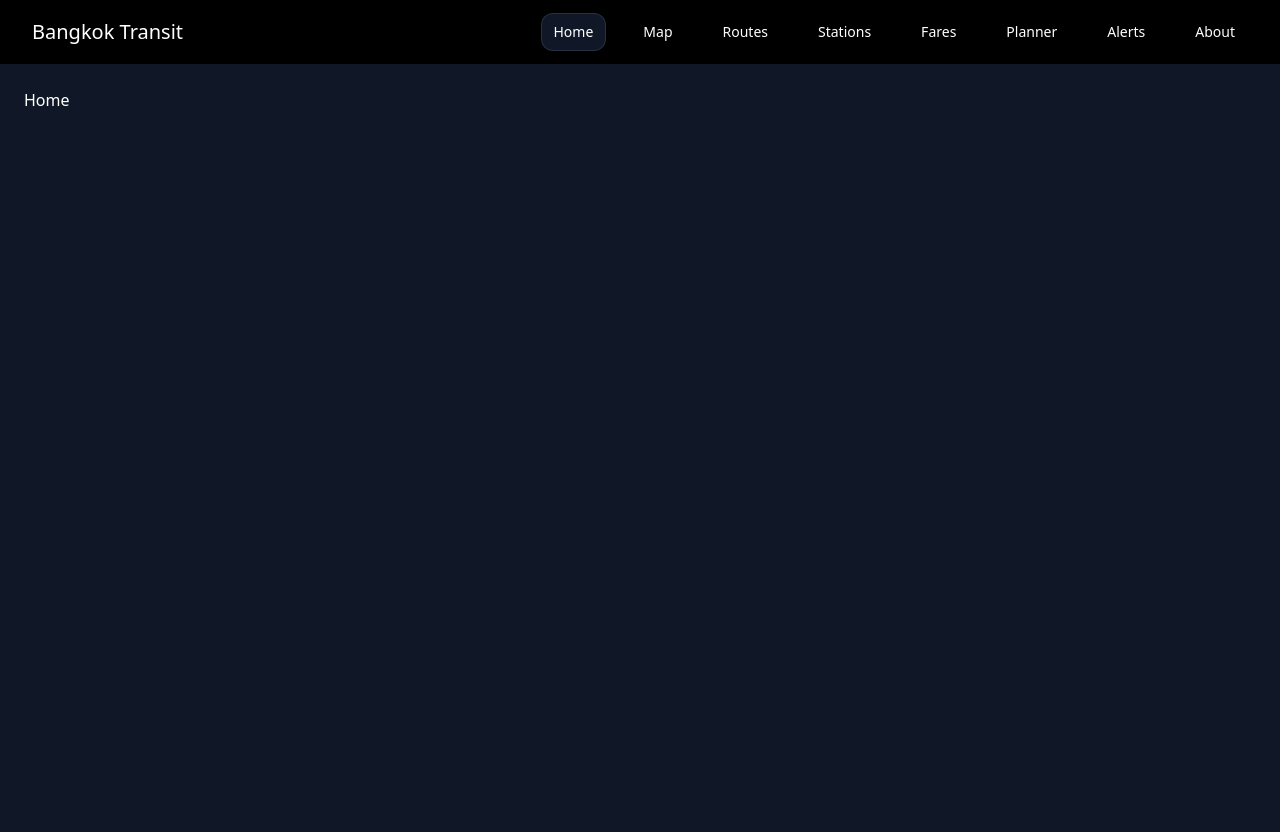
Repository: pyaestk/Bangkok-transit-map
Page: /
The author's editor kept a copy of each file at every save. The page is drawn from the files as they stood at one save, then again after the next save.
The browser window is 1280 px wide. The pictures show the whole page.
The project was rebuilt for these pictures with package versions that can differ from the ones it lists, and the page was loaded fresh each time. Also part of the build but not shown: vite.config.ts, src/pages/Map.tsx, src/pages/Planner.tsx, src/pages/Stations.tsx, src/pages/TrainRoutes.tsx, src/pages/Fares.tsx, src/pages/Alerts.tsx, src/pages/About.tsx.

Above is the page before, as saved 2025-10-04 09:27:17.

### index.html
<!doctype html>
<html lang="en">
  <head>
    <meta charset="UTF-8" />
    <link rel="icon" type="image/svg+xml" href="/vite.svg" />
    <meta name="viewport" content="width=device-width, initial-scale=1.0" />
    <title>bangkok-transit-map</title>
  </head>
  <body>
    <div id="root"></div>
    <script type="module" src="/src/main.tsx"></script>
  </body>
</html>

### src/main.tsx
import { StrictMode } from 'react'
import { createRoot } from 'react-dom/client'
import './index.css'
import App from './App.tsx'
import { BrowserRouter as Router } from 'react-router'

createRoot(document.getElementById('root')!).render(
  <StrictMode>
    <Router>
      <App />
    </Router>
  </StrictMode>,
)

### src/App.tsx
import "./App.css";
import NavBar from "./component/NavBar";
import { Routes, Route } from "react-router-dom";
import Home from "./pages/Home";
import Map from "./pages/Map";
import Planner from "./pages/Planner";
import Stations from "./pages/Stations";
import TrainRoutes from "./pages/TrainRoutes";
import Fares from "./pages/Fares";
import Alerts from "./pages/Alerts";
import About from "./pages/About";


function App() {
  return (
    <div className="min-h-screen flex flex-col">
      {/* Navbar at the top */}
      <NavBar />

      {/* Main content area */}
      <main className="flex-1 p-6 bg-gray-900">
        <Routes>
          <Route
            path="/"
            element={ <Home/> }
          />
          <Route
            path="/map"
            element={ <Map/> }
          />
          <Route
            path="/planner"
            element={ <Planner/>}
          />
          <Route
            path="/routes"
            element={<TrainRoutes/>}
          />
          <Route
            path="/stations"
            element={<Stations/>}
          />

          <Route
            path="/fares"
            element={<Fares/>}
          />
          <Route
            path="/alerts"
            element={<Alerts/>}
          />
          <Route
            path="/about"
            element={<About/>}
          />
        </Routes>
      </main>
    </div>
  );
}

export default App;

### src/App.css
@import "tailwindcss";

:root{
    background-color: black;
}

### src/component/NavBar.tsx
import { NavLink } from "react-router-dom";
import { useState } from "react";

function NavBar() {
  const [open, setOpen] = useState(false);

  const baseClasses =
    "px-3 py-2 rounded-xl text-sm border border-transparent block";
  const inactiveClasses = "text-white transition-colors";
  const activeClasses = "bg-gray-900 text-white border border-white/10";

  const links = [
    { to: "/", label: "Home" },
    { to: "/map", label: "Map" },
    { to: "/routes", label: "Routes" },
    { to: "/stations", label: "Stations" },
    { to: "/fares", label: "Fares" },
    { to: "/planner", label: "Planner" },
    { to: "/alerts", label: "Alerts" },
    { to: "/about", label: "About" },
  ];

  return (
    <nav className="dark:bg-black shadow-md">
      <div className="max-w-7xl mx-auto px-4 sm:px-6 lg:px-8">
        <div className="flex items-center justify-between h-16">
          {/* Left side (Logo / Brand) */}
          <div className="flex-shrink-0 text-white text-xl">
            Bangkok Transit
          </div>

          {/* Desktop links */}
          <div className="hidden md:flex space-x-6">
            {links.map((l) => (
              <NavLink
                key={l.to}
                to={l.to}
                className={({ isActive }) =>
                  `${baseClasses} ${isActive ? activeClasses : inactiveClasses}`
                }
              >
                {l.label}
              </NavLink>
            ))}
          </div>

          {/* Mobile hamburger button */}
          <div className="md:hidden">
            <button
              aria-label="Toggle menu"
              onClick={() => setOpen((s) => !s)}
              className="inline-flex items-center justify-center p-2 rounded-md text-white hover:bg-white/5 focus:outline-none focus:ring-2 focus:ring-white"
            >
              <span className="sr-only">Open main menu</span>
              {/* Hamburger / X icon */}
              <svg
                className={`h-6 w-6 ${open ? "hidden" : "block"}`}
                xmlns="http://www.w3.org/2000/svg"
                fill="none"
                viewBox="0 0 24 24"
                strokeWidth={2}
                stroke="currentColor"
                aria-hidden="true"
              >
                <path
                  strokeLinecap="round"
                  strokeLinejoin="round"
                  d="M3 6h18M3 12h18M3 18h18"
                />
              </svg>
              <svg
                className={`h-6 w-6 ${open ? "block" : "hidden"}`}
                xmlns="http://www.w3.org/2000/svg"
                fill="none"
                viewBox="0 0 24 24"
                strokeWidth={2}
                stroke="currentColor"
                aria-hidden="true"
              >
                <path
                  strokeLinecap="round"
                  strokeLinejoin="round"
                  d="M6 18L18 6M6 6l12 12"
                />
              </svg>
            </button>
          </div>
        </div>
      </div>

      {/* Mobile menu, shown when open is true */}
      <div className={`md:hidden ${open ? "block" : "hidden"} bg-black/90`}>
        <div className="px-2 pt-2 pb-3 space-y-1">
          {links.map((l) => (
            <NavLink
              key={l.to}
              to={l.to}
              onClick={() => setOpen(false)}
              className={({ isActive }) =>
                `${baseClasses} ${isActive ? activeClasses : inactiveClasses}`
              }
            >
              {l.label}
            </NavLink>
          ))}
        </div>
      </div>
    </nav>
  );
}

export default NavBar;

### src/pages/Home.tsx
export default function Home() {
  return (
    <div className="min-h-screen">
      <h1 className="text-white">Home</h1>
    </div>
  )
}

Loaded but not shown: src/index.css (common file)

After the next save:
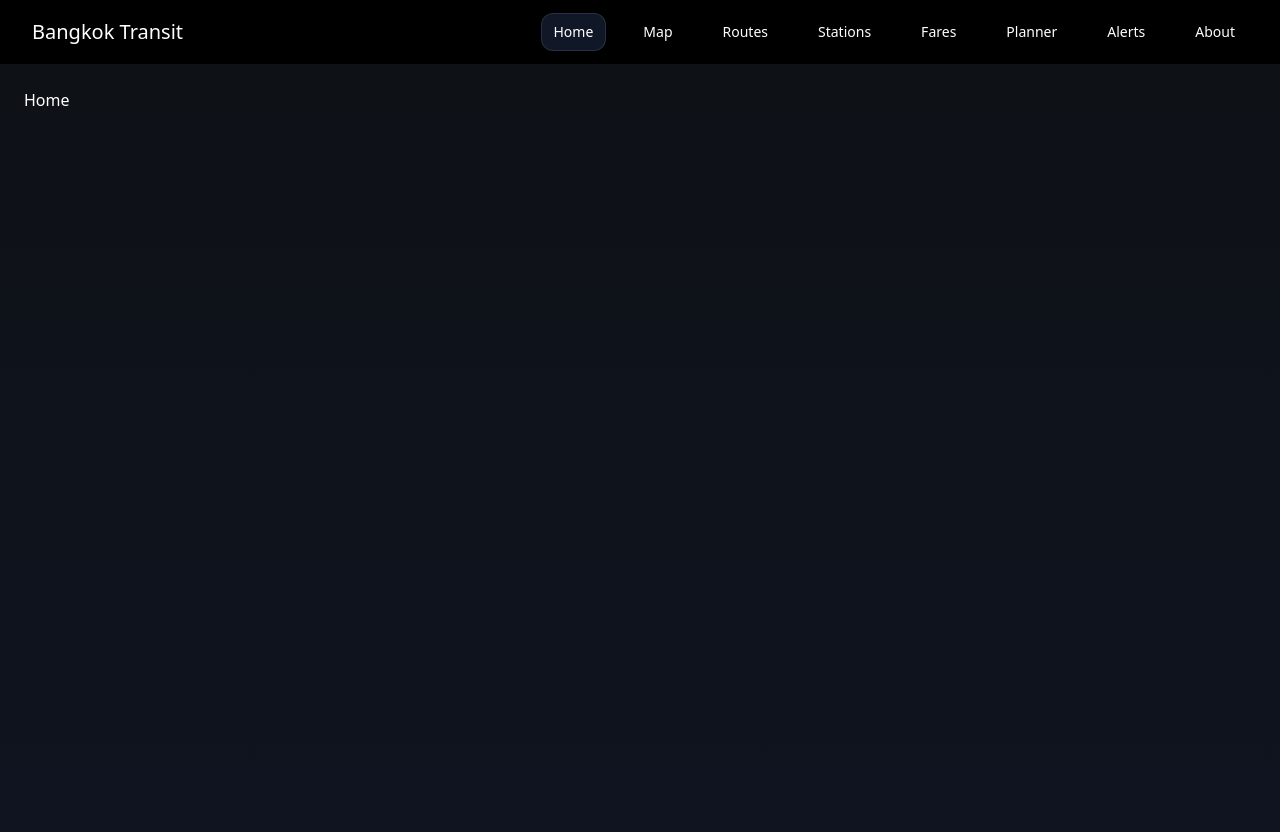
Saved 99 s later.
--- a/src/App.tsx
+++ b/src/App.tsx
@@ -18,7 +18,7 @@ function App() {
       <NavBar />
 
       {/* Main content area */}
-      <main className="flex-1 p-6 bg-gray-900">
+      <main className="flex-1 p-6 bg-[linear-gradient(180deg,rgba(14,17,22,1)_0%,rgba(15,20,32,1)_100%)]">
         <Routes>
           <Route
             path="/"
